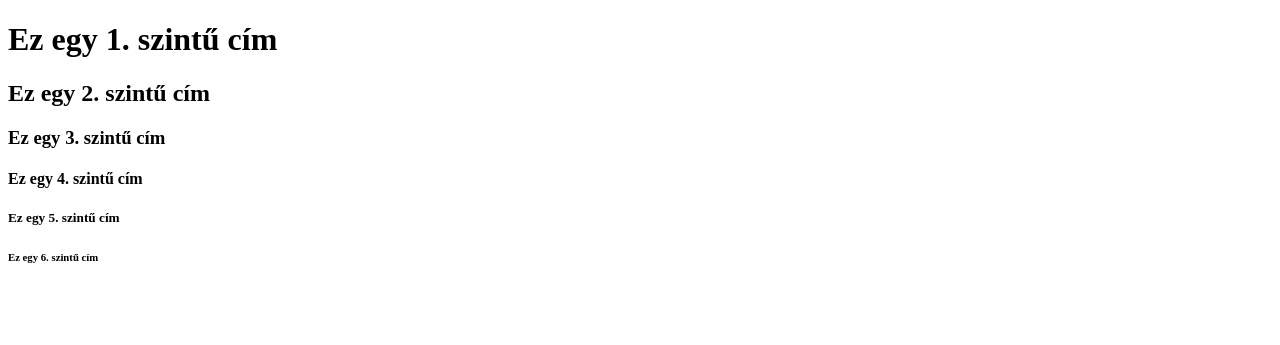
Repository: doomhyena/Web
Page: 2.óra/inedx.html
The author's editor kept a copy of each file at every save. The page is drawn from the files as they stood at one save, then again after the next save.
The browser window is 1280 px wide. The pictures show the whole page.

Above is the page before, as saved 2024-09-13 10:31:19.

### 2.óra/inedx.html
<!DOCTYPE html>
<html>
   <head>
       <!-- ITT ADHATOD MEG AZ OLDAL NEVÉT -->
       <title>2.óra</title>

       <!-- AZ OLDALLAL KAPCSOLATOS FONTOS ADATOK -->
       <meta charset='UTF-8'>
       <meta name='description' content='2.óra // 2024.09.13'>
       <meta name='keywords' content='Keresést, Segítő, Szavak, Vesszővel, Elválasztva'>
       <meta name='author' content='Neved'>
       <meta name='viewport' content='width=device-width, initial-scale=1.0'>
   </head>
   <body>
    <h1>Ez egy 1. szintű cím</h1>
    <h2>Ez egy 2. szintű cím</h2>
    <h3>Ez egy 3. szintű cím</h3>
    <h4>Ez egy 4. szintű cím</h4>
    <h5>Ez egy 5. szintű cím</h5>
    <h6>Ez egy 6. szintű cím</h6>
   </body>
</html>

After the next save:
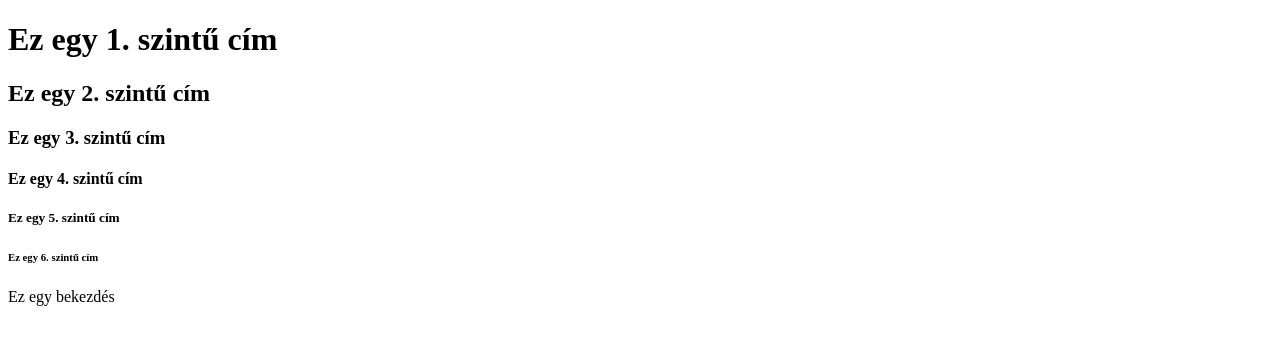
Saved 4 min 30 s later.
--- a/2.óra/inedx.html
+++ b/2.óra/inedx.html
@@ -18,5 +18,6 @@
     <h4>Ez egy 4. szintű cím</h4>
     <h5>Ez egy 5. szintű cím</h5>
     <h6>Ez egy 6. szintű cím</h6>
+    <p>Ez egy bekezdés</p>
    </body>
 </html>
